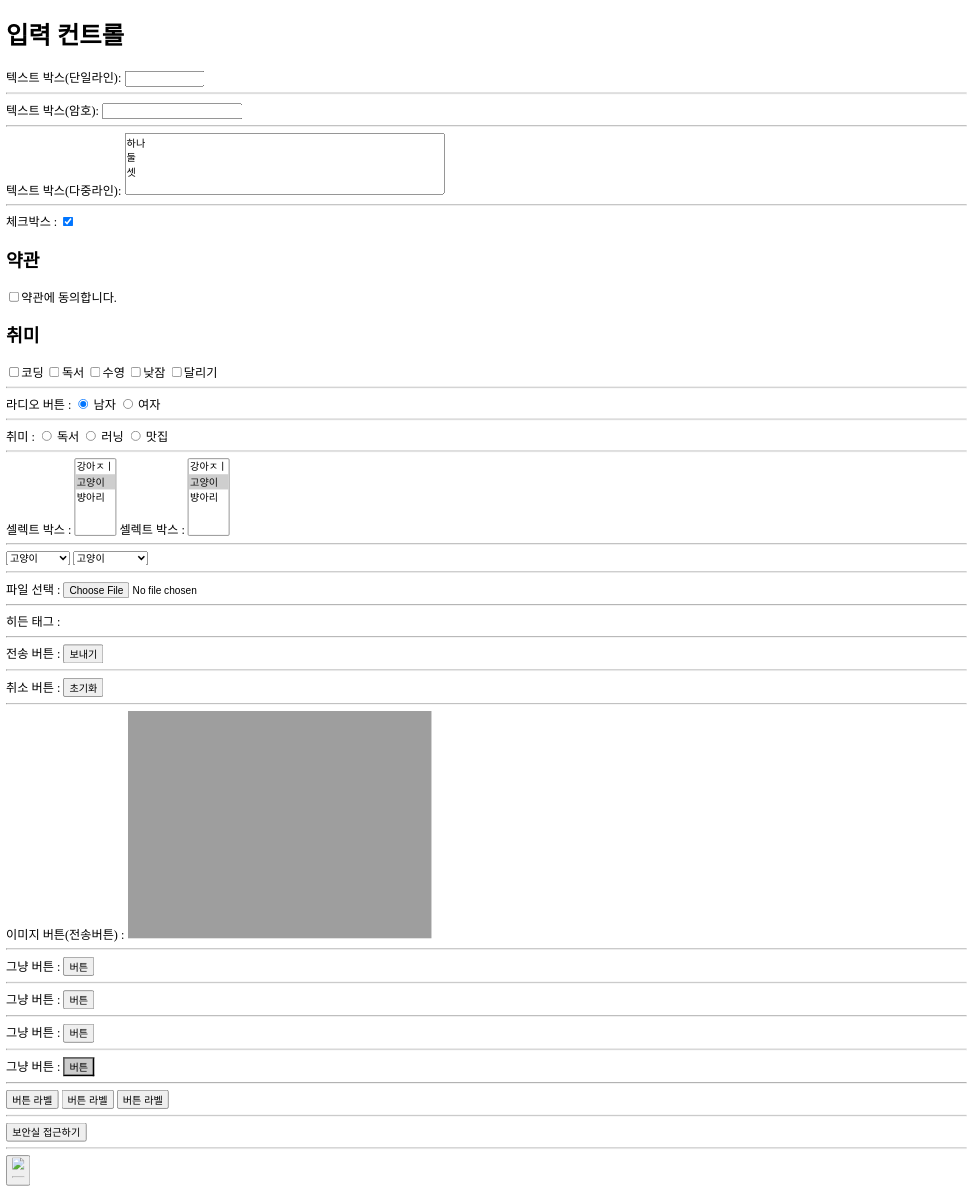
Repository: dnjs0/HCJ
Page: ClientTest/src/main/webapp/ex19_form.html
These files come from the project's save history. The page is drawn as it stood at one moment and after the next save; the edit follows.
The browser window is 1280 px wide. The pictures show the whole page, at 76% of full size.
Pictures or frames that could not be fetched are drawn as grey boxes.

Above is the page before, as saved 2025-02-12 05:25:16.

After the next save:
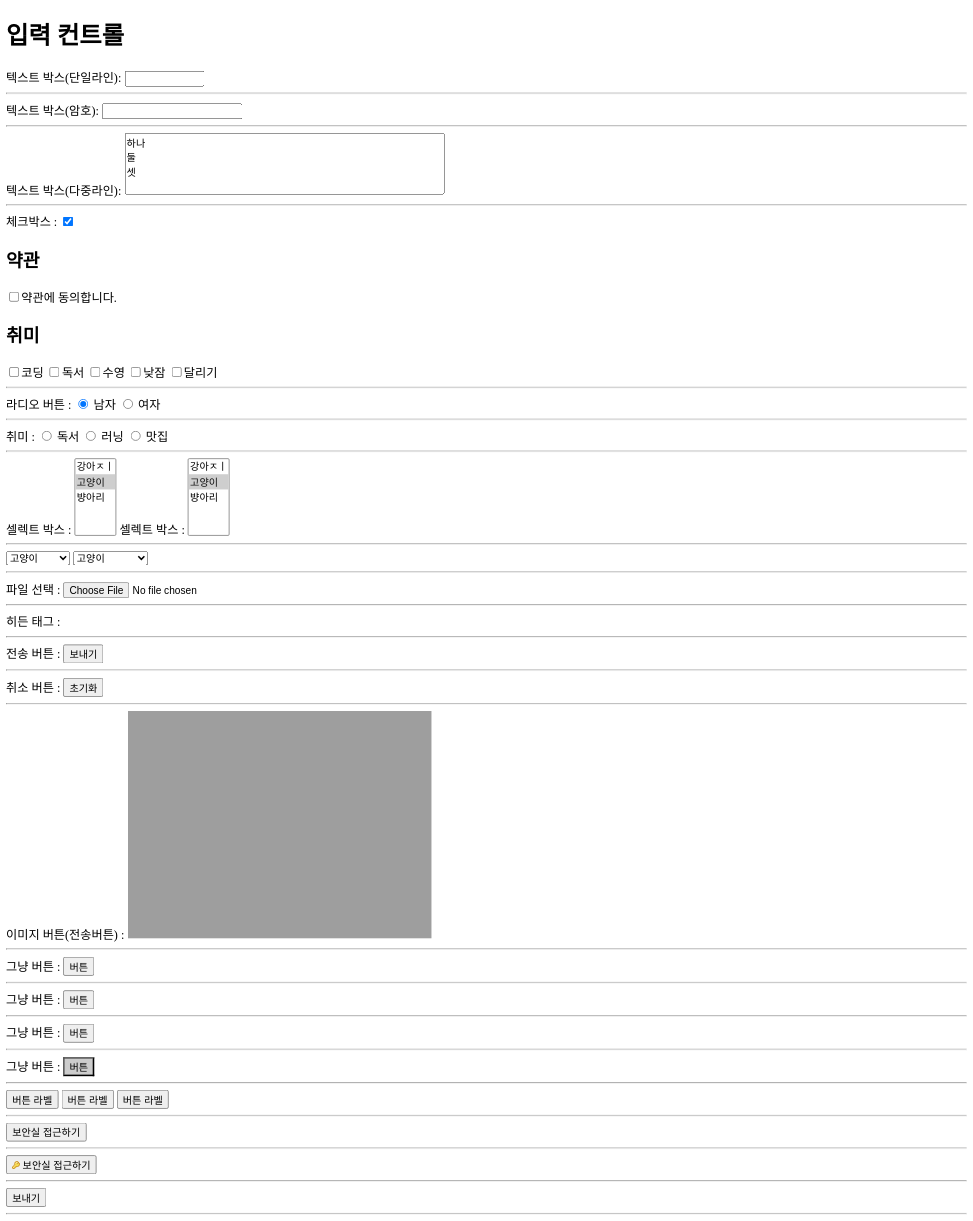
Saved 52 s later.
--- a/ClientTest/src/main/webapp/ex19_form.html
+++ b/ClientTest/src/main/webapp/ex19_form.html
@@ -216,7 +216,7 @@
          <hr>
 
          <button>
-            <img src="images/bullet10.png>
+            <img src="images/bullet10.png">
             보안실 접근하기
          </button>
 
